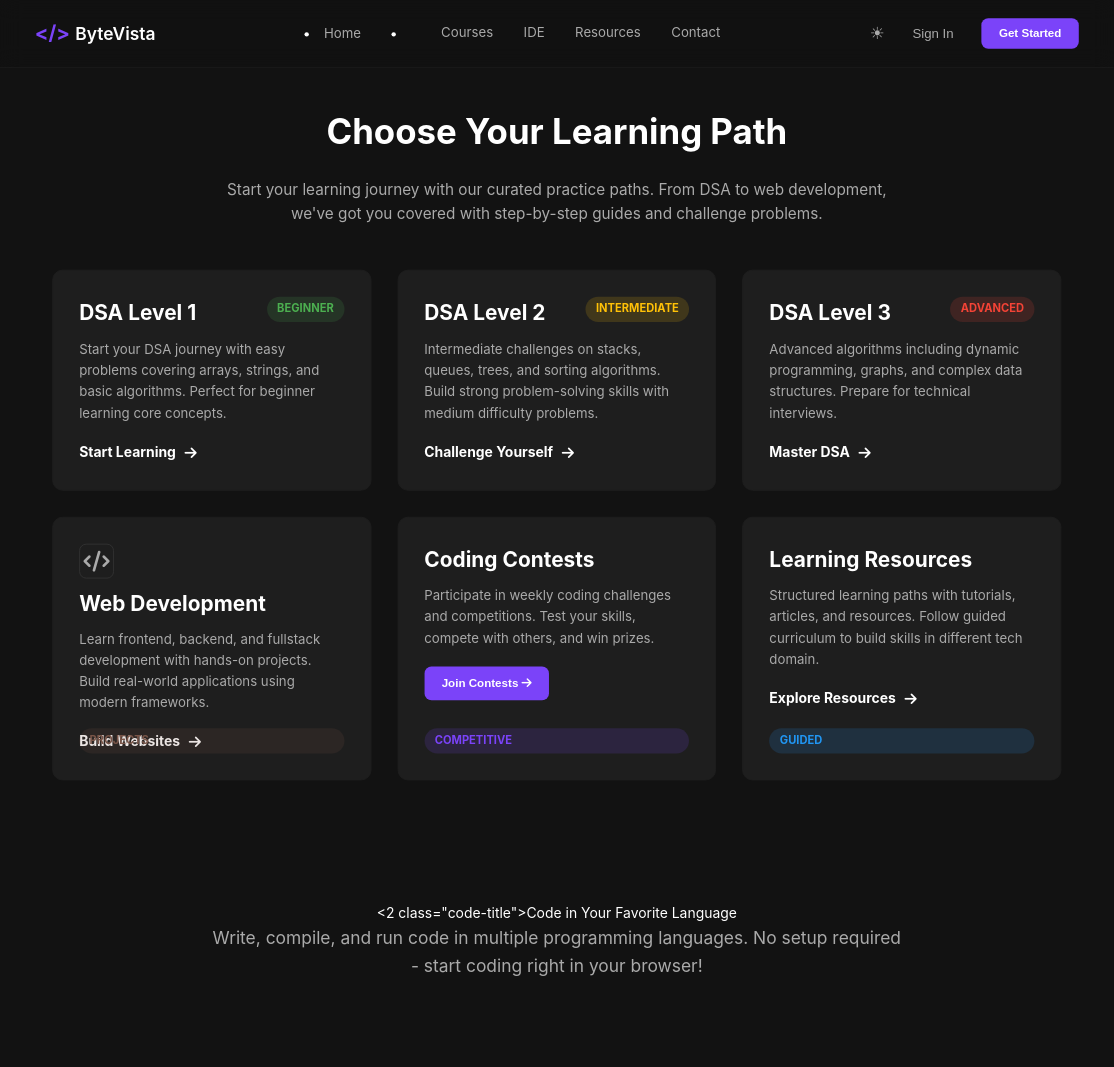
Repository: biswaranjansatapathy2005-lang/ByteVista
Page: frontend/course/course.html
An editor plug-in stored every save of this project. The page is shown before and after the next save, followed by the edit.
The browser window is 1280 px wide. The pictures show the whole page, at 87% of full size.

Above is the page before, as saved 2025-12-13 04:14:36.

### frontend/course/course.html
<!DOCTYPE html>
<html lang="en">
<head>
    <meta charset="UTF-8">
    <meta name="viewport" content="width=device-width, initial-scale=1.0">
    <title>ByteVista-style Course Section</title>
    <link rel="stylesheet" href="course.css">
    <link rel="stylesheet" href="https://cdnjs.cloudflare.com/ajax/libs/font-awesome/6.0.0-beta3/css/all.min.css">
</head>
<body>
    <header class="main-header">
    <a href="#" class="brand-logo">
        <span class="logo-icon">&lt;/&gt;</span>
        <span class="logo-text">ByteVista</span>
    </a>

    <nav class="nav-links">
       <li><a href="C:\Users\BISWARANJANSATAPATHY\Desktop\ByteVista\frontend\language\language.html">Home</a></li>
        <li></li><a href="frontend/course/course.html">Courses</a>
        <a href="#">IDE</a>
        <a href="#">Resources</a>
        <a href="#">Contact</a>
    </nav>

    <div class="user-actions">
        <button class="theme-toggle" aria-label="Toggle Theme">☀</button>
        <button class="sign-in">Sign In</button>
        <button class="get-started">Get Started</button>
    </div>
</header>

    <script>
    const header = document.querySelector('.main-header');

    window.addEventListener('scroll', () => {
        if (window.scrollY > 10) {
            header.classList.add('scrolled');
        } else {
            header.classList.remove('scrolled');
        }
    });
</script>


    <section class="learning-paths">
        <div class="container">
            <h2 class="section-title">Choose Your Learning Path</h2>
            <p class="section-subtitle">
                Start your learning journey with our curated practice paths. From DSA to web development,
                we've got you covered with step-by-step guides and challenge problems.
            </p>

            <div class="card-grid">
                <a href="#" class="card card-dsa-1">
                    <span class="tag tag-beginner">Beginner</span>
                    <div class="card-content">
                        <h3>DSA Level 1</h3>
                        <p>Start your DSA journey with easy problems covering arrays, strings, and basic algorithms. Perfect for beginner learning core concepts.</p>
                        <div class="card-link">
                            Start Learning <i class="fas fa-arrow-right"></i>
                        </div>
                    </div>
                </a>

                <a href="#" class="card card-dsa-2">
                    <span class="tag tag-intermediate">Intermediate</span>
                    <div class="card-content">
                        <h3>DSA Level 2</h3>
                        <p>Intermediate challenges on stacks, queues, trees, and sorting algorithms. Build strong problem-solving skills with medium difficulty problems.</p>
                        <div class="card-link">
                            Challenge Yourself <i class="fas fa-arrow-right"></i>
                        </div>
                    </div>
                </a>

                <a href="#" class="card card-dsa-3">
                    <span class="tag tag-advanced">Advanced</span>
                    <div class="card-content">
                        <h3>DSA Level 3</h3>
                        <p>Advanced algorithms including dynamic programming, graphs, and complex data structures. Prepare for technical interviews.</p>
                        <div class="card-link">
                            Master DSA <i class="fas fa-arrow-right"></i>
                        </div>
                    </div>
                </a>

                <a href="#" class="card card-web-dev">
                    <span class="icon-indicator"><i class="fas fa-code"></i></span>
                    <span class="tag tag-projects">Projects</span>
                    <div class="card-content">
                        <h3>Web Development</h3>
                        <p>Learn frontend, backend, and fullstack development with hands-on projects. Build real-world applications using modern frameworks.</p>
                        <div class="card-link">
                            Build Websites <i class="fas fa-arrow-right"></i>
                        </div>
                    </div>
                </a>

                <a href="#" class="card card-contests">
                    <span class="tag tag-competitive">Competitive</span>
                    <div class="card-content">
                        <h3>Coding Contests</h3>
                        <p>Participate in weekly coding challenges and competitions. Test your skills, compete with others, and win prizes.</p>
                        <button class="join-btn">Join Contests <i class="fas fa-arrow-right"></i></button>
                    </div>
                </a>

                <a href="#" class="card card-resources">
                    <span class="tag tag-guided">Guided</span>
                    <div class="card-content">
                        <h3>Learning Resources</h3>
                        <p>Structured learning paths with tutorials, articles, and resources. Follow guided curriculum to build skills in different tech domain.</p>
                        <div class="card-link">
                            Explore Resources <i class="fas fa-arrow-right"></i>
                        </div>
                    </div>
                </a>
            </div>
        </div>
    </section>

    <section class="code-section">
        <2 class="code-title">Code in Your Favorite Language</h2>
        <p class="code-subtitle">
            Write, compile, and run code in multiple programming languages. No setup required - start coding right in your browser!
        </p>
    </section>

    <script src="course.js"></script>
</body>
</html>

### frontend/course/course.css
/* Base Styles for Dark Theme */
:root {
    --color-background: #121212;
    --color-card-bg: #1e1e1e;
    --color-text-primary: #ffffff;
    --color-text-secondary: #aaaaaa;
    --color-accent-purple: #7b43f9;
    --color-border-subtle: #333333;
    --color-shadow: rgba(0, 0, 0, 0.4);

    /* Tag Colors */
    --tag-beginner-bg: rgba(76, 175, 80, 0.15);
    --tag-beginner-text: #4caf50;
    --tag-intermediate-bg: rgba(255, 193, 7, 0.15);
    --tag-intermediate-text: #ffc107;
    --tag-advanced-bg: rgba(244, 67, 54, 0.15);
    --tag-advanced-text: #f44336;
    --tag-projects-bg: rgba(121, 85, 72, 0.15);
    --tag-projects-text: #795548;
    --tag-competitive-bg: rgba(123, 67, 249, 0.15);
    --tag-competitive-text: #7b43f9;
    --tag-guided-bg: rgba(33, 150, 243, 0.15);
    --tag-guided-text: #2196f3;
}

* {
    margin: 0;
    padding: 0;
    box-sizing: border-box;
}

body {
    font-family: 'Inter', sans-serif;
    background: var(--color-background);
    color: var(--color-text-primary);
    min-height: 100vh;
    line-height: 1.6;
}

.container {
    max-width: 1200px;
    margin: 0 auto;
    padding: 0 20px;
}

/* ----------------------------------------------------
   GLASS NAVBAR (ByteVista-style)
---------------------------------------------------- */
.main-header {
    position: fixed;
    top: 0;
    left: 0;
    width: 100%;
    z-index: 999;

    display: flex;
    align-items: center;
    justify-content: space-between;

    padding: 20px 40px;

    background: rgba(18, 18, 18, 0.25);
    backdrop-filter: blur(12px);
    -webkit-backdrop-filter: blur(12px);

    border-bottom: 1px solid rgba(255, 255, 255, 0.05);

    transition:
        padding 0.25s ease,
        background 0.25s ease,
        border-color 0.25s ease,
        backdrop-filter 0.3s ease;
}

.main-header.scrolled {
    background: rgba(18, 18, 18, 0.55);
    backdrop-filter: blur(18px);
    -webkit-backdrop-filter: blur(18px);
    padding: 12px 40px;
    border-bottom: 1px solid rgba(255, 255, 255, 0.12);
}

/* Logo */
.brand-logo {
    display: flex;
    align-items: center;
    gap: 6px;
    text-decoration: none;
}

.logo-icon {
    font-size: 1.45rem;
    font-weight: 700;
    color: var(--color-accent-purple);
}

.logo-text {
    font-size: 1.25rem;
    font-weight: 600;
    color: var(--color-text-primary);
}

/* Nav Links */
.nav-links {
    display: flex;
    gap: 35px;
}

.nav-links a {
    text-decoration: none;
    color: var(--color-text-secondary);
    font-size: 0.95rem;
    transition: color 0.25s ease;
}

.nav-links a:hover {
    color: #ffffff;
}

/* Right Side Buttons */
.user-actions {
    display: flex;
    align-items: center;
    gap: 18px;
}

.theme-toggle {
    background: none;
    border: none;
    color: var(--color-text-secondary);
    font-size: 1.2rem;
    cursor: pointer;
}

.sign-in {
    background: none;
    border: none;
    color: var(--color-text-secondary);
    font-size: 0.95rem;
    cursor: pointer;
    padding: 8px 14px;
}

.get-started {
    background: var(--color-accent-purple);
    color: #fff;
    border: none;
    border-radius: 8px;
    padding: 10px 20px;
    cursor: pointer;
    font-weight: 600;
    transition: 0.25s ease;
}

.get-started:hover {
    background: #9c6eff;
}

/* ----------------------------------------------------
   Section Title
---------------------------------------------------- */
.learning-paths {
    padding: 120px 0 60px; /* Add space because navbar is fixed */
}

.section-title {
    text-align: center;
    font-size: 2.5rem;
    margin-bottom: 20px;
}

.section-subtitle {
    text-align: center;
    color: var(--color-text-secondary);
    max-width: 800px;
    margin: 0 auto 50px;
    font-size: 1.1rem;
}

/* ----------------------------------------------------
   CARD GRID
---------------------------------------------------- */
.card-grid {
    display: grid;
    grid-template-columns: repeat(3, 1fr);
    gap: 30px;
}

/* Card */
.card {
    display: block;
    text-decoration: none;
    background: var(--color-card-bg);
    border-radius: 12px;
    padding: 30px;
    color: var(--color-text-primary);
    position: relative;

    border: 1px solid var(--color-card-bg);
    transition: transform 0.3s ease, box-shadow 0.3s ease, border-color 0.3s ease;
}

.card:hover {
    transform: translateY(-5px);
    box-shadow: 0 15px 30px var(--color-shadow);
    border-color: var(--color-accent-purple);
}

.card h3 {
    font-size: 1.5rem;
    margin-bottom: 10px;
}

.card p {
    color: var(--color-text-secondary);
    margin-bottom: 20px;
    font-size: 0.95rem;
}

/* Tags */
.tag {
    position: absolute;
    top: 30px;
    right: 30px;
    padding: 4px 12px;
    font-size: 0.8rem;
    font-weight: bold;
    border-radius: 18px;
    text-transform: uppercase;
}

/* Levels */
.tag-beginner { background: var(--tag-beginner-bg); color: var(--tag-beginner-text); }
.tag-intermediate { background: var(--tag-intermediate-bg); color: var(--tag-intermediate-text); }
.tag-advanced { background: var(--tag-advanced-bg); color: var(--tag-advanced-text); }

/* Left-aligned tags */
.tag-projects, .tag-competitive, .tag-guided {
    left: 30px;
    bottom: 30px;
    top: auto;
    padding: 4px 12px;
}

.tag-projects { background: var(--tag-projects-bg); color: var(--tag-projects-text); }
.tag-competitive { background: var(--tag-competitive-bg); color: var(--tag-competitive-text); }
.tag-guided { background: var(--tag-guided-bg); color: var(--tag-guided-text); }

/* Card link */
.card-link {
    color: var(--color-text-primary);
    font-weight: bold;
    display: flex;
    align-items: center;
    gap: 10px;
    transition: 0.3s;
}

.card:hover .card-link { color: var(--color-accent-purple); }

.card-link i { transition: transform 0.3s; }

.card:hover .card-link i { transform: translateX(5px); }

/* Web Dev Icon */
.icon-indicator {
    position: absolute;
    top: 30px;
    left: 30px;
    width: 40px;
    height: 40px;

    font-size: 1.5rem;
    color: var(--color-text-secondary);

    border: 1px solid var(--color-border-subtle);
    border-radius: 8px;

    display: flex;
    align-items: center;
    justify-content: center;

    transition: 0.3s;
}

.card-web-dev:hover .icon-indicator {
    border-color: var(--color-accent-purple);
    color: var(--color-accent-purple);
}

.card-web-dev .card-content { margin-top: 50px; }

/* Contests Button */
.join-btn {
    background: var(--color-accent-purple);
    color: #fff;
    border: none;
    padding: 12px 20px;
    border-radius: 8px;
    cursor: pointer;
    font-weight: bold;
    transition: 0.3s ease;
}

.join-btn:hover {
    background: #9c6eff;
    transform: scale(1.02);
}

/* Code Section */
.code-section {
    text-align: center;
    padding: 80px 0 100px;
}

.code-title {
    font-size: 3rem;
    margin-bottom: 15px;
    background: linear-gradient(90deg, #7b43f9, #a06eff);
    background-clip: text;
    -webkit-text-fill-color: transparent;
}

.code-subtitle {
    font-size: 1.25rem;
    color: var(--color-text-secondary);
    max-width: 800px;
    margin: 0 auto;
}

### frontend/course/course.js
document.addEventListener('DOMContentLoaded', () => {
    const cards = document.querySelectorAll('.card');

    cards.forEach(card => {
        card.addEventListener('mousemove', handleMouseMove);
        card.addEventListener('mouseleave', handleMouseLeave);
    });
    // GLASS NAVBAR SCROLL EFFECT
const header = document.querySelector('.main-header');

window.addEventListener('scroll', () => {
    if (window.scrollY > 10) {
        header.classList.add('scrolled');
    } else {
        header.classList.remove('scrolled');
    }
});

    /**
     * Calculates and applies a subtle 3D tilt effect on mouse movement.
     * @param {MouseEvent} e - The mouse event object.
     */
    function handleMouseMove(e) {
        const card = e.currentTarget;
        const rect = card.getBoundingClientRect();

        // Get coordinates relative to the center of the card
        const x = e.clientX - rect.left - rect.width / 2;
        const y = e.clientY - rect.top - rect.height / 2;

        // Calculate rotation angles
        // The max tilt is set to 5 degrees for a subtle effect
        const rotateX = (-1 * (y / rect.height) * 5).toFixed(2);
        const rotateY = ((x / rect.width) * 5).toFixed(2);

        // Apply transform. The 'translateZ' makes it feel like it's lifting forward.
        card.style.transition = 'none'; // Disable transition for smooth real-time tilt
        card.style.transform = `perspective(1000px) rotateX(${rotateX}deg) rotateY(${rotateY}deg) scale(1.01)`;

        // Optional: Add a subtle inner shadow/glow based on position
        const shadowX = (x / rect.width) * 30;
        const shadowY = (y / rect.height) * 30;
        card.style.boxShadow = `
            ${-shadowX}px ${-shadowY}px 50px rgba(123, 67, 249, 0.3),
            0 15px 30px var(--color-shadow)
        `;
    }

    /**
     * Resets the card transform when the mouse leaves.
     * @param {MouseEvent} e - The mouse event object.
     */
    function handleMouseLeave(e) {
        const card = e.currentTarget;

        // Re-enable transition for smooth reset
        card.style.transition = 'transform 0.5s ease, box-shadow 0.5s ease, border-color 0.3s ease';

        // Reset transform and box-shadow to the initial CSS state
        card.style.transform = 'perspective(1000px) rotateX(0deg) rotateY(0deg) scale(1)';
        card.style.boxShadow = `0 15px 30px var(--color-shadow)`;
    }
});

After the next save:
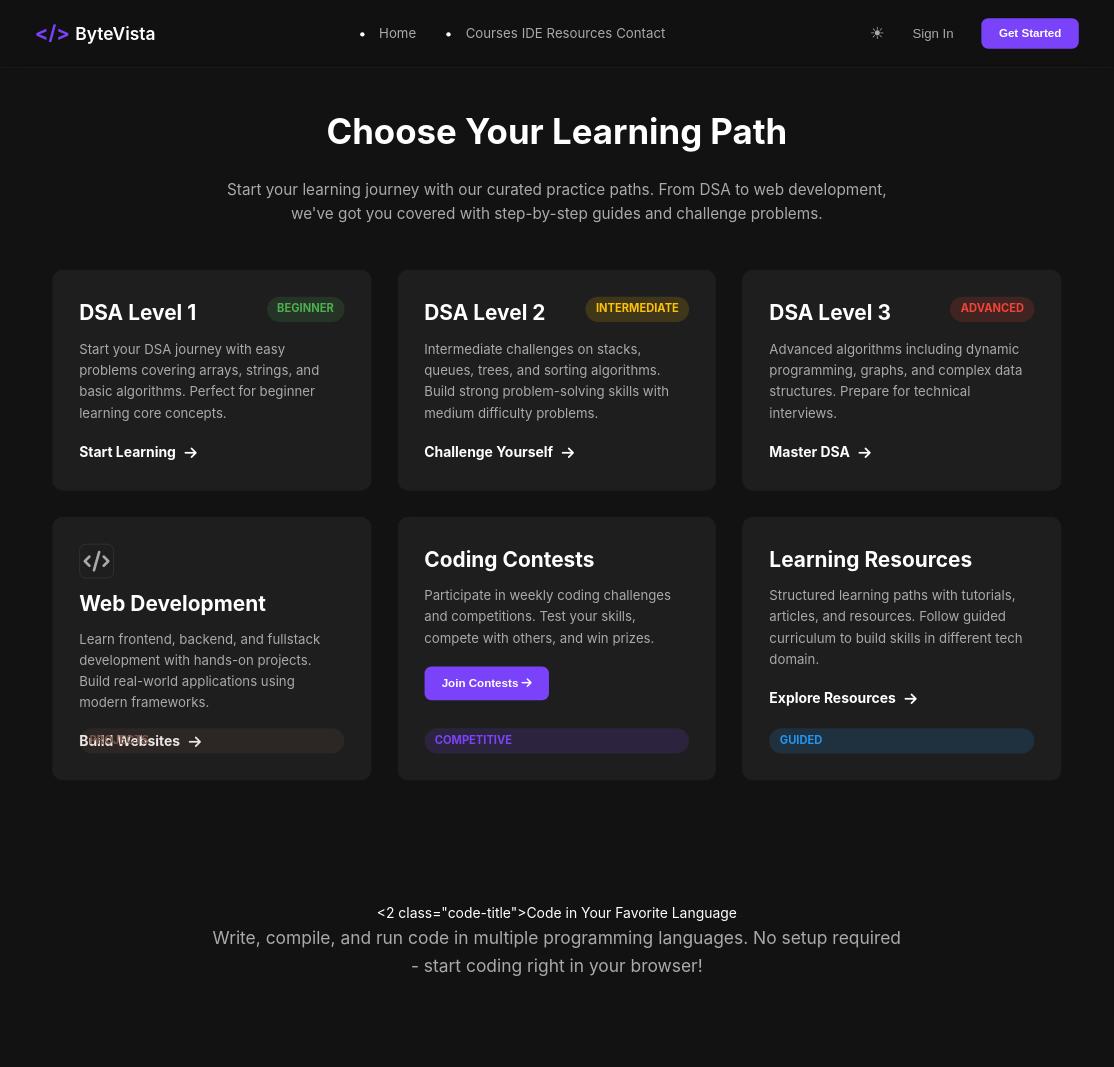
Saved 6 s later.
--- a/frontend/course/course.html
+++ b/frontend/course/course.html
@@ -16,7 +16,7 @@
 
     <nav class="nav-links">
        <li><a href="C:\Users\BISWARANJANSATAPATHY\Desktop\ByteVista\frontend\language\language.html">Home</a></li>
-        <li></li><a href="frontend/course/course.html">Courses</a>
+        <li><a href="frontend/course/course.html">Courses</a>
         <a href="#">IDE</a>
         <a href="#">Resources</a>
         <a href="#">Contact</a>
